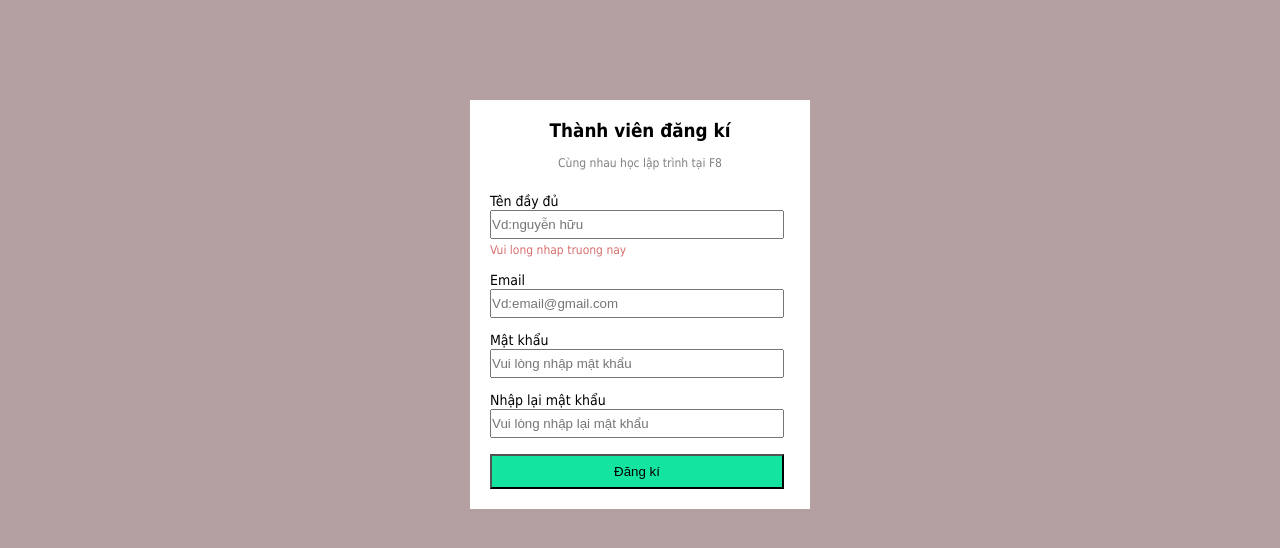
Repository: HuunvDev/Validator
Page: index.html
These files come from the project's save history. The page is drawn as it stood at one moment and after the next save; the edit follows.
The browser window is 1280 px wide. The pictures show the whole page.

Above is the page before, as saved 2022-08-20 09:35:30.

### index.html
<!DOCTYPE html>
<html lang="en">
<head>
    <meta charset="UTF-8">
    <meta http-equiv="X-UA-Compatible" content="IE=edge">
    <meta name="viewport" content="width=device-width, initial-scale=1.0">
    <title>validator</title>
    <link rel="stylesheet" href="style.css">
</head>
<body>
    <div class="main">
        <form action="" method="POST" class="form" id="form-1">
            <h3 class="heading">Thành viên đăng kí</h3>
            <p class="desc">Cùng nhau học lập trình tại F8</p>
            <div class="pacer"></div>
            <div class="form-group">
                <label for="fullName" class="form-lable">Tên đầy đủ</label><br>
                <input type="text" id="fullName" name="fullName" placeholder="Vd:nguyễn hữu"><br>
                <span class="form-message">Vui long nhap truong nay</span>
            </div>
            <div class="form-group">
                <label for="email" class="form-lable">Email</label><br>
                <input type="text" id="email" name="email" placeholder="Vd:email@gmail.com"><br>
                <span class="form-message"></span>
            </div>
            <div class="form-group">
                <label for="password" class="form-lable">Mật khẩu</label><br>
                <input type="text" id="password" name="password" placeholder="Vui lòng nhập mật khẩu"><br>
                <span class="form-message"></span>
            </div>
            <div class="form-group">
                <label for="password_confirmation" class="form-lable">Nhập lại mật khẩu</label><br>
                <input type="text" id="password_confirmation" name="password_confirmation" placeholder="Vui lòng nhập lại mật khẩu"><br>
                <span class="form-message"></span>
            </div>
           <button class="form-submit">Đăng kí</button>
        </form>
    </div>
    <script src="main.js"></script>
</body>
</html>

### style.css

*{
    margin:0;
    padding:0;
    overflow: hidden;
}
body{
    background-color:rgb(180, 160, 160);
}
.main {
    width: 300px;
    box-shadow: 0 0 0 rgb(0 0 0 / 10%);
    margin: auto;
    margin-top: 100px;
    padding: 20px;
    background-color: #fff;
    font-family: tahoma;
}
h3.heading {
    text-align: center;
}
p.desc {
    text-align: center;
    font-size: 12px;
    color: grey;
    padding: 15px 0;
}
.form-group {
    padding: 6px 0;
}

label.form-lable {
    font-size: 14px;
}
input {
    width: 290px;
    height: 25px;
}
button{
    padding:8px 0;
    width:294px;
    background-color: rgb(19 229 161);
    margin-top:10px;
}
span.form-message {
    font-size: 12px;
    color: #d76f6f;
}

### main.js
var fullName = document.getElementById('fullName');
var message = document.getElementsByClassName("form-message");
fullName.onblur = function(){
    if(!fullName.value){
        message.innerText ="Vui lòng nhập trường này";
    }
}

After the next save:
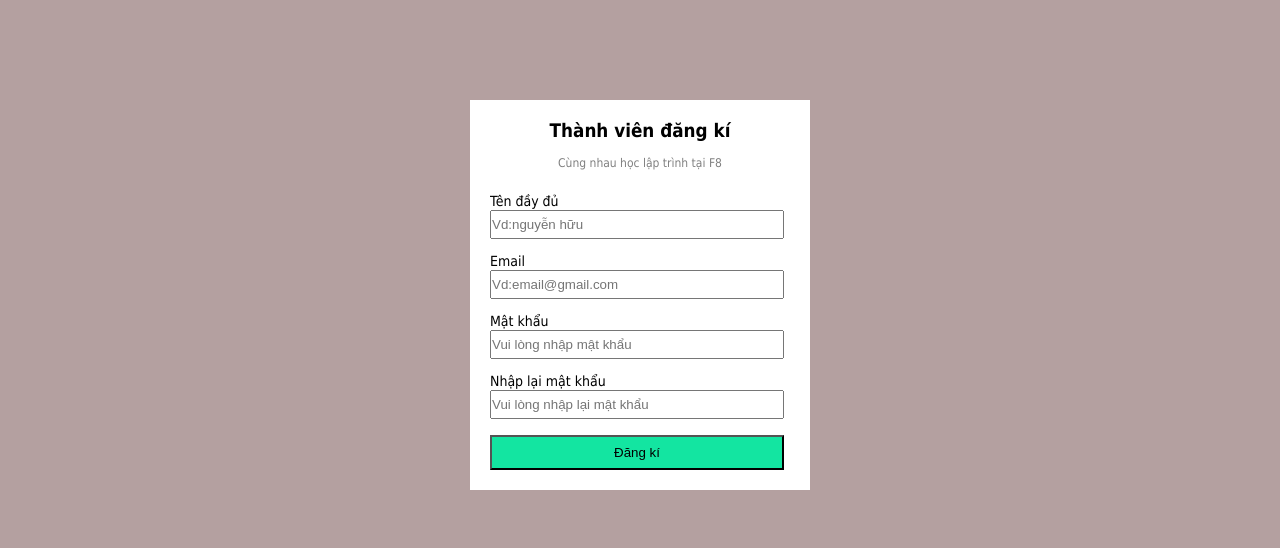
Saved 7 s later.
--- a/index.html
+++ b/index.html
@@ -16,7 +16,7 @@
             <div class="form-group">
                 <label for="fullName" class="form-lable">Tên đầy đủ</label><br>
                 <input type="text" id="fullName" name="fullName" placeholder="Vd:nguyễn hữu"><br>
-                <span class="form-message">Vui long nhap truong nay</span>
+                <span class="form-message"></span>
             </div>
             <div class="form-group">
                 <label for="email" class="form-lable">Email</label><br>
